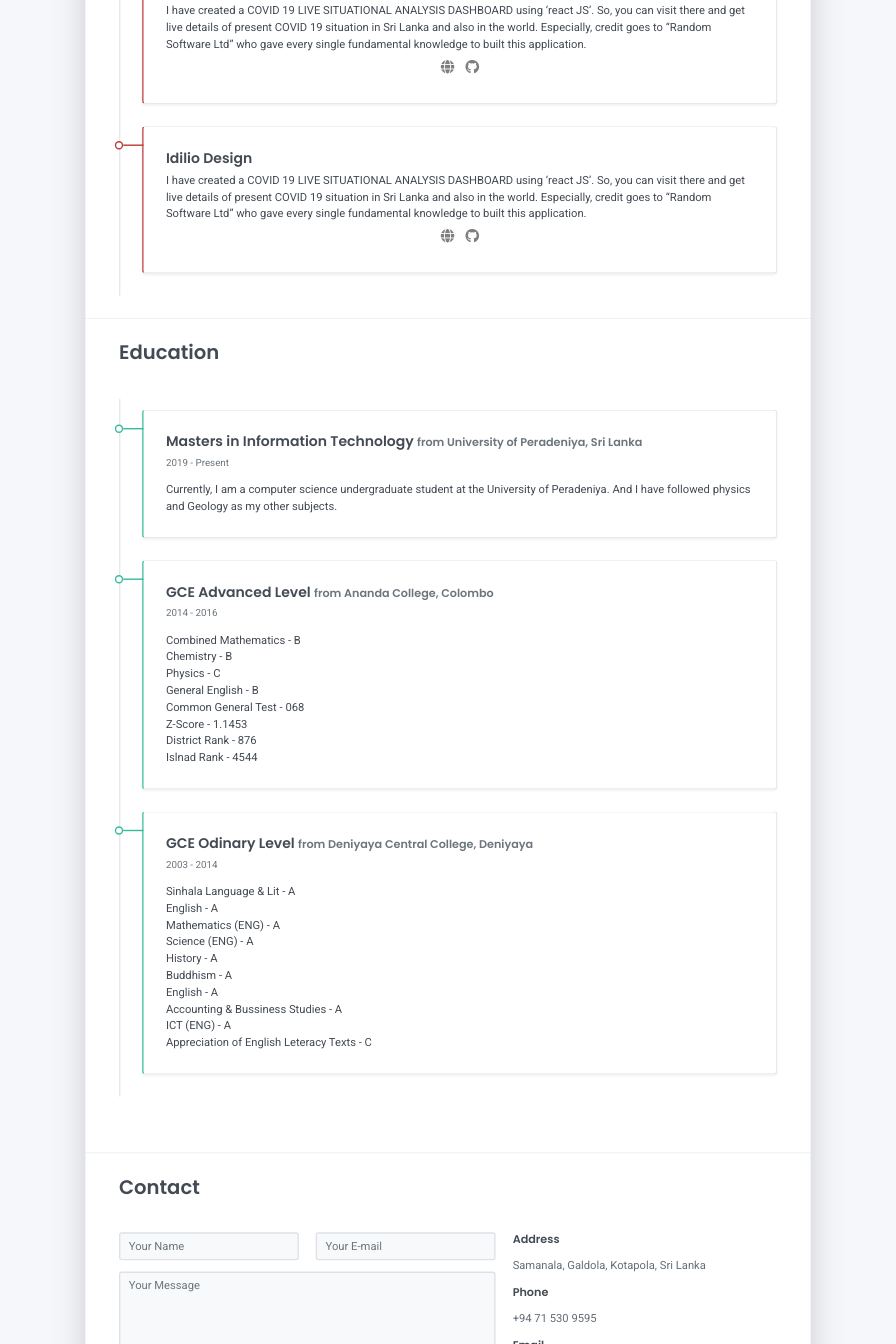
Repository: virangaj/resume
Page: index.html
An editor plug-in stored every save of this project. The page is shown before and after the next save, followed by the edit.
The browser window is 1280 px wide. The pictures show the part of the page from y = 2178 to 4098 px (the page is 4539 px tall before and 4491 px after), at 70% of full size.

Above is the page before, as saved 2021-08-31 20:11:43.

After the next save:
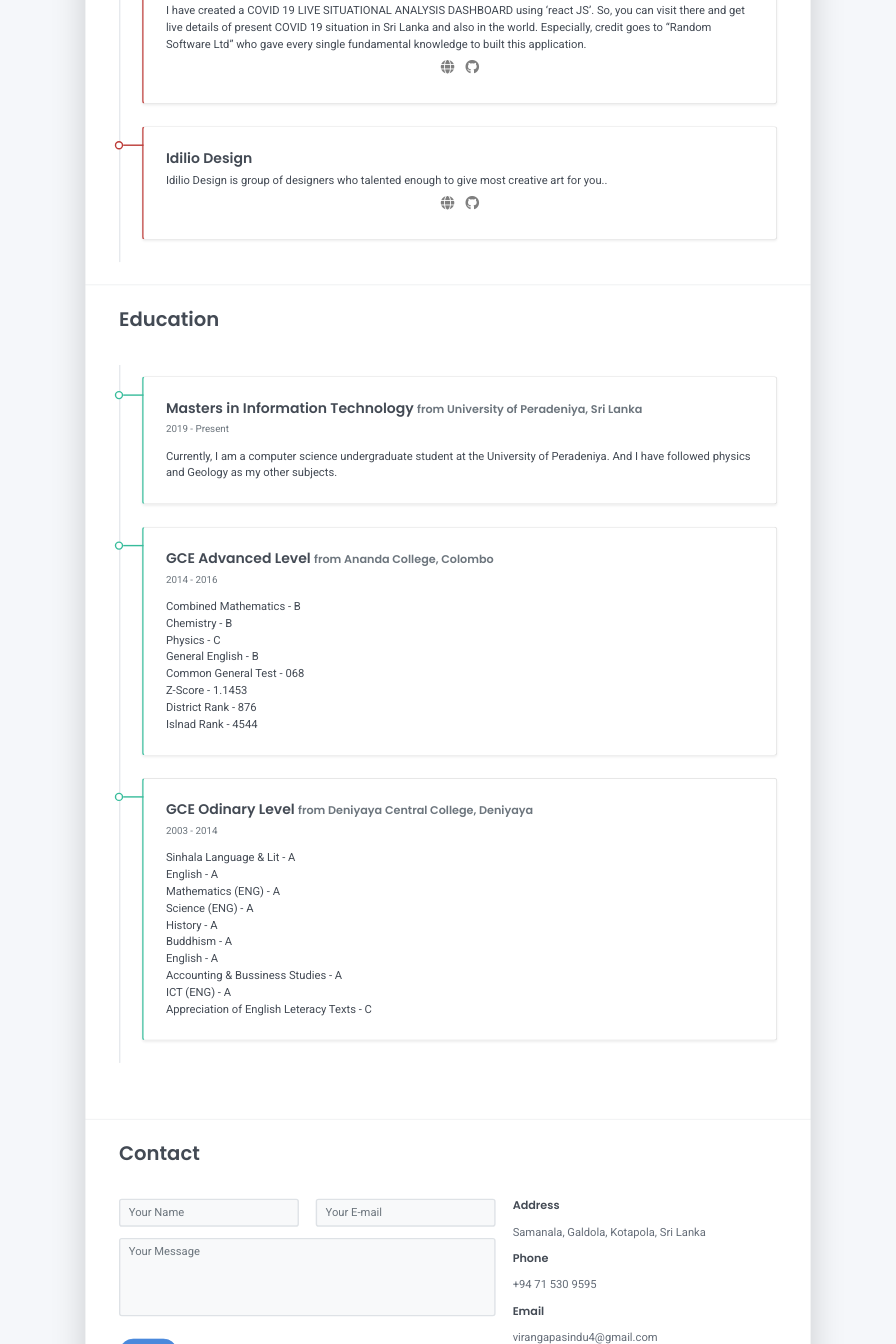
Saved 60 s later.
--- a/index.html
+++ b/index.html
@@ -480,12 +480,7 @@
 									<div class="h5 mb-1">Idilio Design</div>
 
 									<div>
-										I have created a COVID 19 LIVE SITUATIONAL ANALYSIS
-										DASHBOARD using ‘react JS’. So, you can visit there and get
-										live details of present COVID 19 situation in Sri Lanka and
-										also in the world. Especially, credit goes to “Random
-										Software Ltd” who gave every single fundamental knowledge to
-										built this application.<br />
+									Idilio Design is group of designers who talented enough to give most creative art for you..<br />
 
 									</div>
                   <div class="footer-nav">
@@ -497,7 +492,7 @@
                           <a
                             target="_blank"
                             class="nav-link"
-                            href="https://covid19-api-imagezero.netlify.app/"
+                            href="https://idilio-design.web.app/"
                             title="Live Demo"
                             ><i class="fas fa-globe"></i></i
                             ></a
